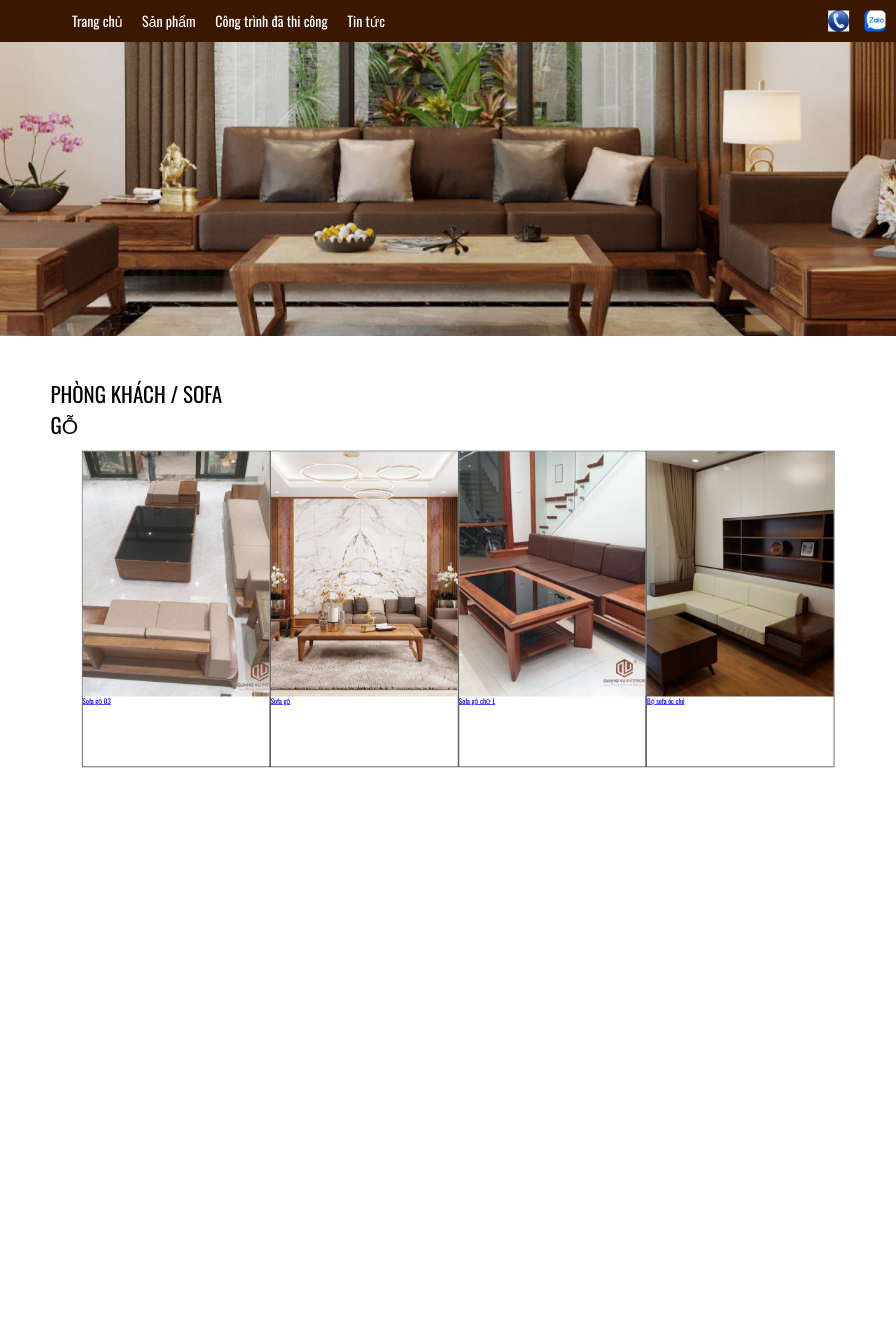
Repository: KHANHD192/FigmaTo-HTML
Page: APP-SHOP/index.html
An editor plug-in stored every save of this project. The page is shown before and after the next save, followed by the edit.
The browser window is 1280 px wide. The pictures show the part of the page from y = 0 to 1920 px (the page is 4376 px tall), at 70% of full size.

Above is the page before, as saved 2022-11-21 13:29:48.

After the next save:
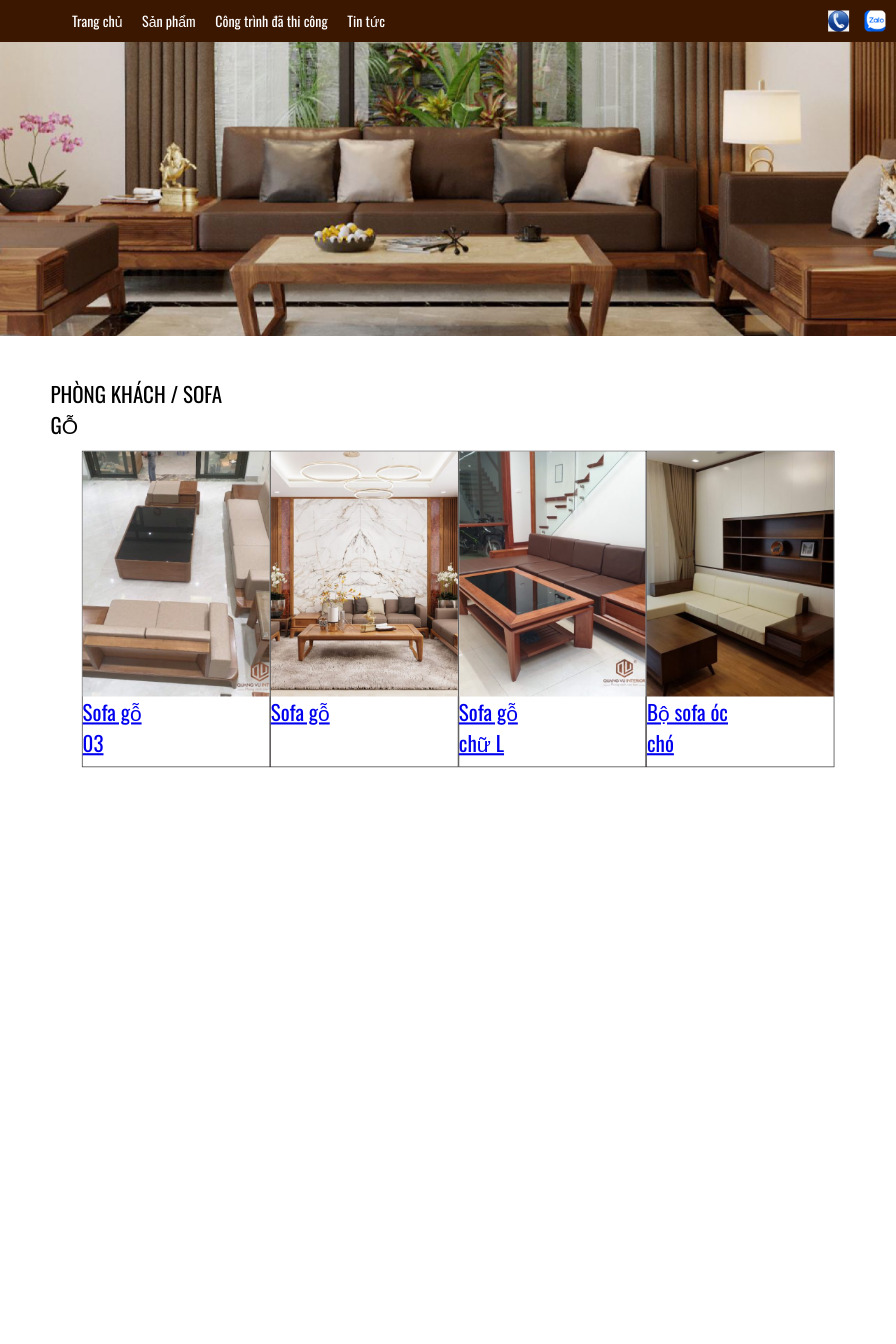
Saved 5 s later.
--- a/APP-SHOP/asset/Css_main/main.css
+++ b/APP-SHOP/asset/Css_main/main.css
@@ -40,6 +40,14 @@ li .wrap__image{
    max-width: 350px;
     height: 350px;
 }
+.item__image-link{
+    display: block;
+    max-width:118px;
+    height: 63px;
+    font-size: 30px;
+    font-weight: 400;
+    line-height: 44.46px;
+}
 li .wrap__image img{
     width: 100%;
     height: 100%;
